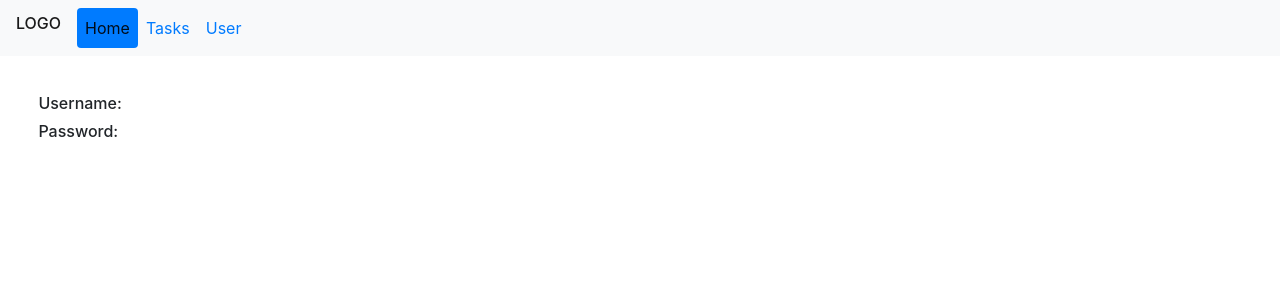
Repository: lalji-yadav/Nimapinfotech-demo-project
Page: /user
These files come from the project's save history. The page is drawn as it stood at one moment and after the next save; the edit follows.
The browser window is 1280 px wide. The pictures show the whole page.
The project was rebuilt for these pictures with package versions that can differ from the ones it lists, and the page was loaded fresh each time. Also part of the build but not shown: src/components/Home.js, src/components/Tasks.js, src/components/Login.js.

Above is the page before, as saved 2021-01-17 19:11:06.

### src/App.js
// import './App.css';
import Navbar from "./components/Navbars";
import Login from "./components/Login";


function App() {
  return (
    <div>

    {/* <Login /> */}
    <Navbar />
    </div>
  );
}

export default App;

### src/components/Navbars.js
import React from 'react';
import { Navbar,Nav,NavDropdown,Form,FormControl ,Button } from 'react-bootstrap';
import {
  BrowserRouter as Router,
  Switch,
  Route,
  Link
} from "react-router-dom";

import Home from "./Home";
import Tasks from "./Tasks";
import User from "./Users";
import Login from "./Login";


const Navbars=()=> {
        return (
            <div>

              <Router>
                  <Navbar bg="light" expand="lg">
                      <Navbar.Brand> <h6>LOGO</h6></Navbar.Brand>
                      <Navbar.Toggle aria-controls="basic-navbar-nav" />
                      <Navbar.Collapse id="basic-navbar-nav">
                      <Nav variant="pills" defaultActiveKey="/">
                        <Nav.Item>
                          <Nav.Link href="/">Home </Nav.Link>
                        </Nav.Item>
                        <Nav.Item>
                          <Nav.Link eventKey="link-1"> <Link to="/tasks"> Tasks </Link> </Nav.Link>
                        </Nav.Item>
                        <Nav.Item>
                          <Nav.Link eventKey="link-2">
                          <Link to="/user"> User </Link>
                          </Nav.Link>
                        </Nav.Item>
                      </Nav>
                      </Navbar.Collapse>
                    </Navbar>


                    <Switch>
                      <Route exact path="/" component={Home} />

                      <Route exact path="/user" component={User} />

                      <Route exact path="/tasks" component={Tasks} />

                      <Route exact path="/login" component={Login} />

                    </Switch>
             </Router>

            </div>
        );
    }

export default Navbars;

### src/components/Users.js
import React from 'react';

const User=()=> {

        return (
            <div style={{padding:"3%"}}>
                <div className="row" c>
                    <div className="col-sm-5">
                        <h6>Username:</h6> <span> </span>
                        <h6>Password:</h6> <span> </span>

                    </div>

                </div>
            </div>
        );
    }

export default User;

### src/App.css
.scroll-tab {
    height: 55vh;
    margin: 3% 3% 5% 3%;
    overflow-y: scroll;
    border: "1px solid red";
}
::-webkit-scrollbar{
    width: 12px;
    height: 12px;
}
::-webkit-scrollbar-track {
    box-shadow: inset 0 0 10px #4A4A4A;
    border-radius: 10px;
    }

    ::-webkit-scrollbar-thumb {
    border-radius: 10px;
    background: #4A4A4A;
}

Loaded but not shown: public/index.html (common file); src/index.js (common file); src/index.css (common file); src/reportWebVitals.js (common file)

After the next save:
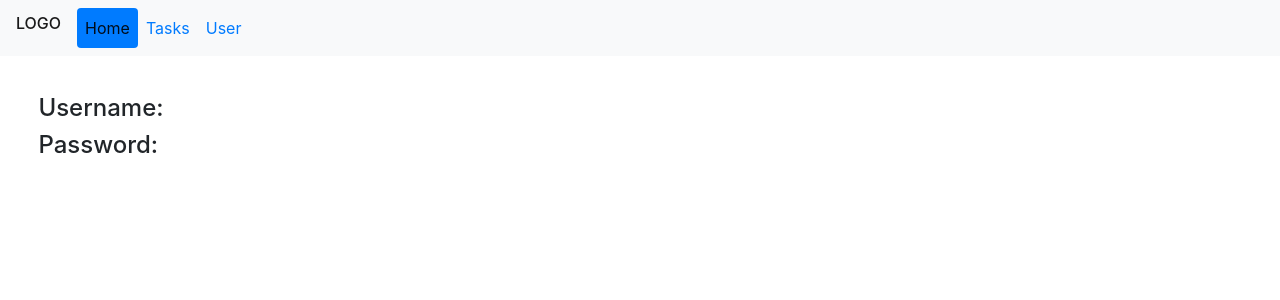
Saved 23 s later.
--- a/src/components/Users.js
+++ b/src/components/Users.js
@@ -6,8 +6,8 @@ const User=()=> {
             <div style={{padding:"3%"}}>
                 <div className="row" c>
                     <div className="col-sm-5">
-                        <h6>Username:</h6> <span> </span>
-                        <h6>Password:</h6> <span> </span>
+                        <h4>Username:</h4> <span> </span>
+                        <h4>Password:</h4> <span> </span>
 
                     </div>
 
